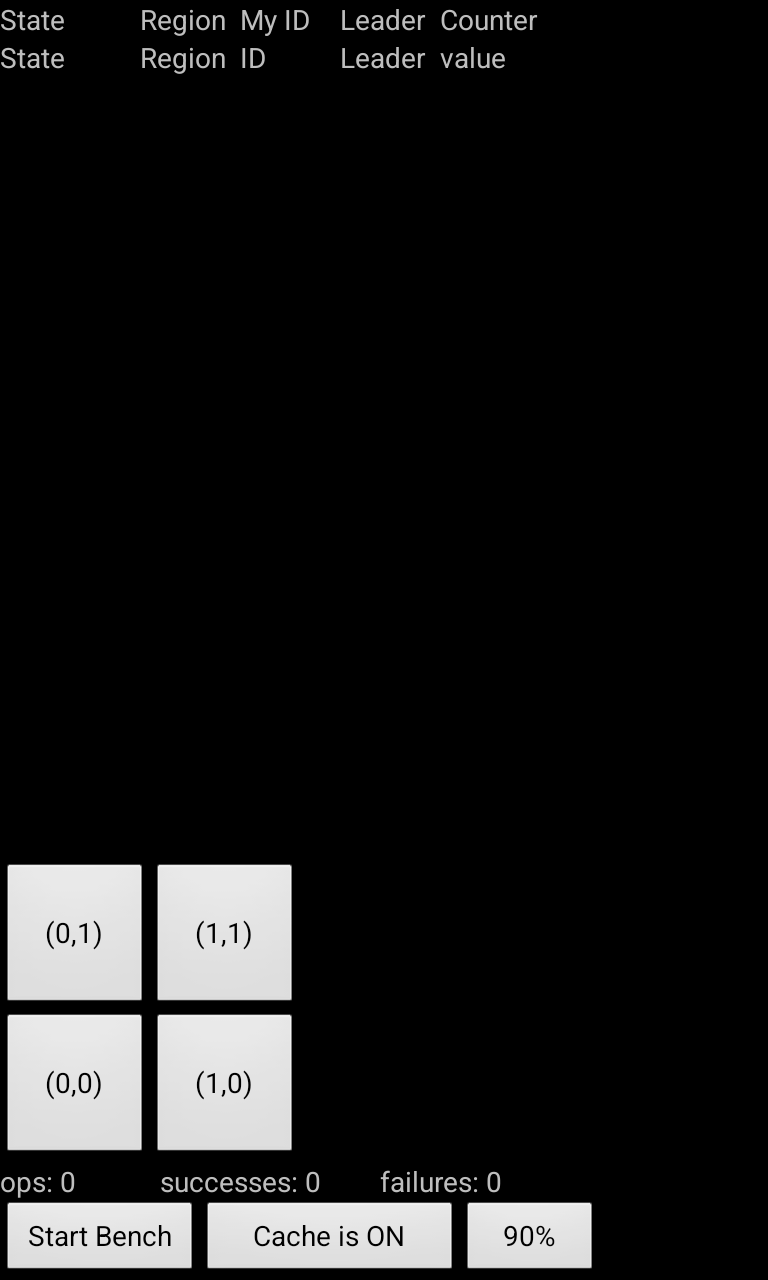
Repository: jasongao/csmcode
Layout: current/workspace/VNConsistent/res/layout/main.xml
The author's editor kept a copy of each file at every save. The layout is drawn from the files as they stood at one save, then again after the next save.
It is drawn on a 768 x 1280 px phone screen (xhdpi) without system bars, with theme android:Theme; the app's code is not run. Lists and similar views that code fills are empty.

Above is the layout before, as saved 2011-07-17 16:01:27.

### current/workspace/VNConsistent/res/layout/main.xml
<?xml version="1.0" encoding="utf-8"?>
<LinearLayout xmlns:android="http://schemas.android.com/apk/res/android"
	android:orientation="vertical" android:layout_width="fill_parent"
	android:layout_height="fill_parent">

	<LinearLayout android:layout_width="match_parent"
		android:layout_height="wrap_content" android:id="@+id/StatusHeadingLayout">
		<TextView android:text="State" android:id="@+id/TextView04"
			android:layout_height="wrap_content" android:layout_width="70dip"></TextView>
		<TextView android:text="Region" android:layout_width="50dip"
			android:id="@+id/TextView03" android:layout_height="wrap_content"></TextView>
		<TextView android:text="My ID" android:layout_width="50dip"
			android:id="@+id/TextView01" android:layout_height="wrap_content"></TextView>
		<TextView android:layout_height="wrap_content"
			android:layout_width="50dip" android:text="Leader" android:id="@+id/TextView05"></TextView>
		<TextView android:text="Counter" android:layout_height="wrap_content"
			android:id="@+id/TextView06" android:layout_width="75dip"></TextView>
	</LinearLayout>
	<LinearLayout android:layout_width="match_parent"
		android:layout_height="wrap_content" android:id="@+id/StatusInfoLayout">
		<TextView android:text="State" android:layout_height="wrap_content"
			android:id="@+id/state_tv" android:layout_width="70dip"></TextView>
		<TextView android:text="Region" android:layout_height="wrap_content"
			android:layout_width="50dip" android:id="@+id/region_tv"></TextView>
		<TextView android:text="ID" android:layout_width="50dip"
			android:id="@+id/id_tv" android:layout_height="wrap_content"></TextView>
		<TextView android:layout_height="wrap_content"
			android:layout_width="50dip" android:text="Leader" android:id="@+id/leader_tv"></TextView>
		<TextView android:layout_height="wrap_content"
			android:layout_width="75dip" android:text="value" android:id="@+id/csm_tv"></TextView>
	</LinearLayout>

	<ListView android:id="@+id/msgList" android:layout_width="fill_parent"
		android:layout_height="fill_parent" android:stackFromBottom="true"
		android:transcriptMode="alwaysScroll" android:layout_weight="1">
	</ListView>

	<LinearLayout android:layout_width="fill_parent"
		android:orientation="horizontal" android:layout_height="wrap_content"
		android:id="@+id/RegionButton1Layout">
		<Button android:text="(0,1)" android:id="@+id/r01_button"
			android:layout_width="75dip" android:layout_height="75dip" />
		<Button android:text="(1,1)" android:id="@+id/r11_button"
			android:layout_width="75dip" android:layout_height="75dip" />
	</LinearLayout>

	<LinearLayout android:layout_width="fill_parent"
		android:orientation="horizontal" android:layout_height="wrap_content"
		android:id="@+id/RegionButton2Layout">
		<Button android:text="(0,0)" android:id="@+id/r00_button"
			android:layout_width="75dip" android:layout_height="75dip" />
		<Button android:text="(1,0)" android:id="@+id/r10_button"
			android:layout_width="75dip" android:layout_height="75dip" />
	</LinearLayout>
	<LinearLayout android:id="@+id/CountInfoLayout" android:layout_width="match_parent" android:layout_height="wrap_content">
		<TextView android:id="@+id/opcount_tv" android:layout_width="80dip" android:text="ops: 0" android:layout_height="wrap_content"></TextView>
		<TextView android:id="@+id/successcount_tv" android:layout_width="110dip" android:text="successes: 0" android:layout_height="wrap_content"></TextView>
		<TextView android:id="@+id/failurecount_tv" android:layout_width="90dip" android:text="failures: 0" android:layout_height="wrap_content"></TextView>
	</LinearLayout>

	<LinearLayout android:layout_width="fill_parent"
		android:orientation="horizontal" android:layout_height="wrap_content"
		android:id="@+id/TestButtonsLayout">
		<Button android:text="Start Bench" android:layout_width="100dip"
			android:id="@+id/bench_button" android:layout_height="40dip"></Button>
		<Button android:layout_width="130dip" android:text="Cache is ON"
			android:id="@+id/cache_button" android:layout_height="40dip"></Button>
		<Button android:text="90%" android:id="@+id/distribution_button"
			android:layout_height="40dip" android:layout_width="70dip"></Button>
	</LinearLayout>

</LinearLayout>

After the next save:
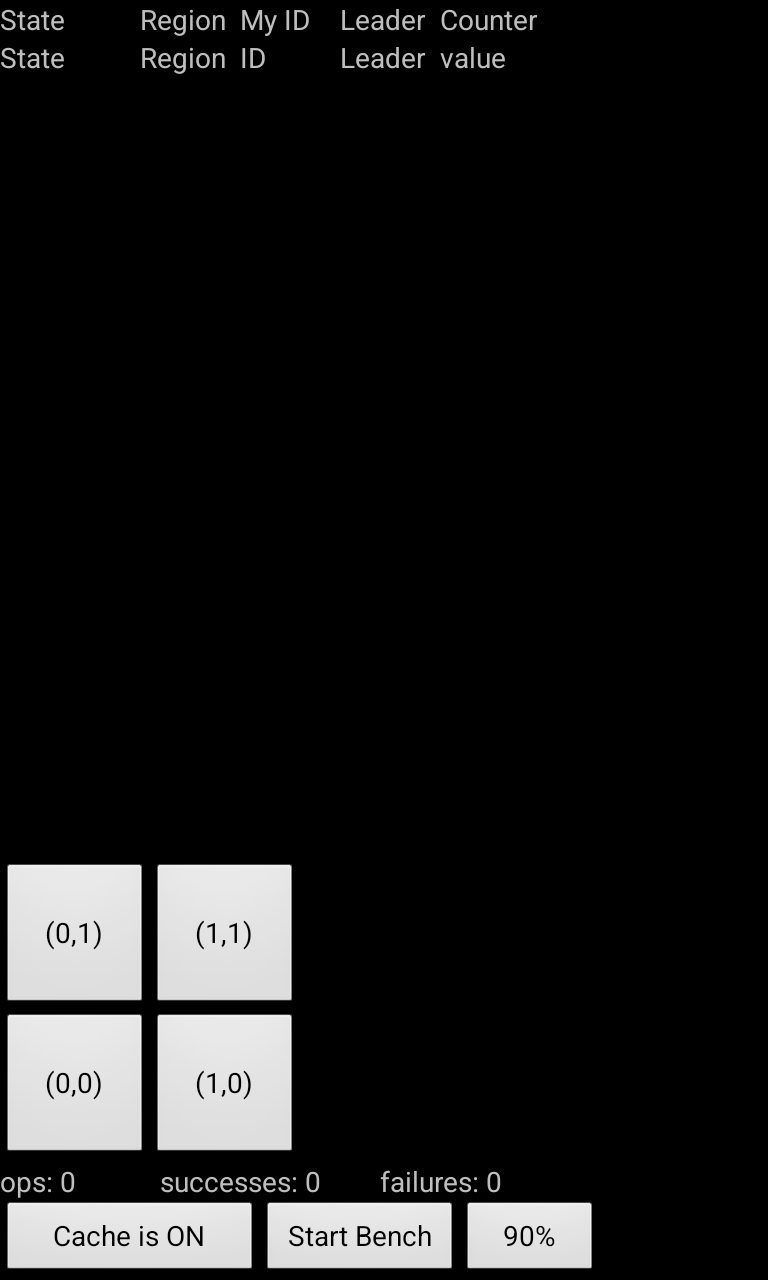
Saved 19 s later.
--- a/current/workspace/VNConsistent/res/layout/main.xml
+++ b/current/workspace/VNConsistent/res/layout/main.xml
@@ -61,10 +61,9 @@
 	<LinearLayout android:layout_width="fill_parent"
 		android:orientation="horizontal" android:layout_height="wrap_content"
 		android:id="@+id/TestButtonsLayout">
+		<Button android:text="Cache is ON" android:layout_width="130dip" android:id="@+id/cache_button" android:layout_height="40dip"></Button>
 		<Button android:text="Start Bench" android:layout_width="100dip"
 			android:id="@+id/bench_button" android:layout_height="40dip"></Button>
-		<Button android:layout_width="130dip" android:text="Cache is ON"
-			android:id="@+id/cache_button" android:layout_height="40dip"></Button>
 		<Button android:text="90%" android:id="@+id/distribution_button"
 			android:layout_height="40dip" android:layout_width="70dip"></Button>
 	</LinearLayout>
